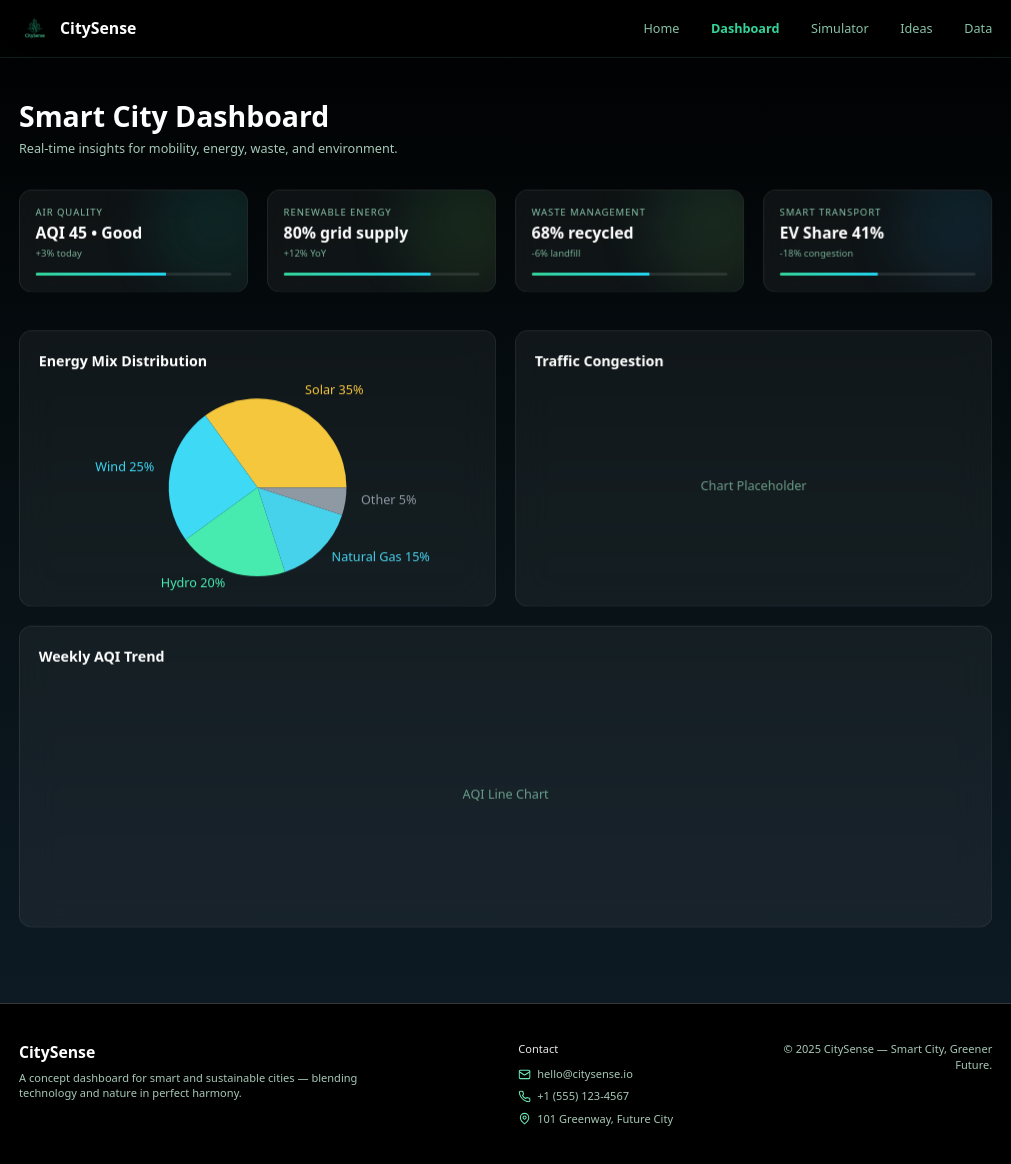
Repository: crashyet/CitySense
Page: /dashboard
The author's editor kept a copy of each file at every save. The page is drawn from the files as they stood at one save, then again after the next save.
The browser window is 1280 px wide. The pictures show the whole page, at 79% of full size.
The project was rebuilt for these pictures with package versions that can differ from the ones it lists, and the page was loaded fresh each time. Also part of the build but not shown: vite.config.js, src/pages/landing/Hero.jsx, src/pages/landing/DashboardPreview.jsx, src/pages/landing/Infographic.jsx, src/pages/landing/Community.jsx, src/pages/landing/index.jsx, src/pages/Simulator/index.jsx, src/pages/Ideas/index.jsx and 1 more.

Above is the page before, as saved 2025-11-16 23:19:35.

### src/App.jsx
import { Routes, Route } from "react-router-dom";

import Landing from "./pages/landing";
import Dashboard from "./pages/Dashboardpack";
import Simulator from "./pages/Simulator";
import Ideas from "./pages/Ideas";
import DataPage from "./pages/Data";

export default function App() {
  return (
    <Routes>
      <Route path="/" element={<Landing />} />
      <Route path="/dashboard" element={<Dashboard />} />
      <Route path="/simulator" element={<Simulator />} />
      <Route path="/ideas" element={<Ideas />} />
      <Route path="/data" element={<DataPage />} />
    </Routes>
  );
}

### src/pages/Dashboardpack/index.jsx
import Navbar from "../../components/Navbar";
import Footer from "../../components/Footer";
import EnergyPieChart from "../../components/EnergyPieChart";

export default function Dashboardpack() {
  return (
    <>
      <Navbar />

      <div className="relative w-full bg-gradient-to-b from-black via-[#071014] to-[#0d1a24] text-white pb-24 pt-32">
        <div className="mx-auto max-w-7xl px-6">

          {/* Header */}
          <div className="mb-10">
            <h1 className="text-3xl md:text-4xl font-semibold">Smart City Dashboard</h1>
            <p className="text-emerald-100/80 mt-2">
              Real-time insights for mobility, energy, waste, and environment.
            </p>
          </div>

          {/* Top Stats */}
          <div className="grid grid-cols-1 md:grid-cols-2 lg:grid-cols-4 gap-6 mb-12">

            {/* CARD 1 */}
            <div className="group relative overflow-hidden rounded-2xl border border-white/10 bg-white/5 p-5 backdrop-blur-xl transition hover:border-emerald-300/40">
              <div className="absolute -right-10 -top-10 h-40 w-40 rounded-full bg-gradient-to-br
              from-cyan-500/30 to-emerald-500/30 opacity-40 blur-2xl" />

              <div className="relative">
                <p className="text-xs uppercase tracking-widest text-emerald-200/80">Air Quality</p>
                <p className="mt-1 text-xl font-semibold">AQI 45 • Good</p>
                <p className="text-xs text-emerald-200/70 mt-1">+3% today</p>
                <div className="mt-4 h-1 w-full bg-white/10 rounded-full overflow-hidden">
                  <div className="h-full w-2/3 bg-gradient-to-r from-emerald-400 to-cyan-400"></div>
                </div>
              </div>
            </div>

            {/* CARD 2 */}
            <div className="group relative overflow-hidden rounded-2xl border border-white/10 bg-white/5 p-5 backdrop-blur-xl transition hover:border-emerald-300/40">
              <div className="absolute -right-10 -top-10 h-40 w-40 rounded-full bg-gradient-to-br
              from-emerald-500/30 to-lime-400/30 opacity-40 blur-2xl" />

              <div className="relative">
                <p className="text-xs uppercase tracking-widest text-emerald-200/80">Renewable Energy</p>
                <p className="mt-1 text-xl font-semibold">80% grid supply</p>
                <p className="text-xs text-emerald-200/70 mt-1">+12% YoY</p>
                <div className="mt-4 h-1 w-full bg-white/10 rounded-full overflow-hidden">
                  <div className="h-full w-3/4 bg-gradient-to-r from-emerald-400 to-cyan-400"></div>
                </div>
              </div>
            </div>

            {/* CARD 3 */}
            <div className="group relative overflow-hidden rounded-2xl border border-white/10 bg-white/5 p-5 backdrop-blur-xl transition hover:border-emerald-300/40">
              <div className="absolute -right-10 -top-10 h-40 w-40 rounded-full bg-gradient-to-br
              from-teal-400/30 to-lime-400/30 opacity-40 blur-2xl" />

              <div className="relative">
                <p className="text-xs uppercase tracking-widest text-emerald-200/80">Waste Management</p>
                <p className="mt-1 text-xl font-semibold">68% recycled</p>
                <p className="text-xs text-emerald-200/70 mt-1">-6% landfill</p>
                <div className="mt-4 h-1 w-full bg-white/10 rounded-full overflow-hidden">
                  <div className="h-full w-3/5 bg-gradient-to-r from-emerald-400 to-cyan-400"></div>
                </div>
              </div>
            </div>

            {/* CARD 4 */}
            <div className="group relative overflow-hidden rounded-2xl border border-white/10 bg-white/5 p-5 backdrop-blur-xl transition hover:border-emerald-300/40">
              <div className="absolute -right-10 -top-10 h-40 w-40 rounded-full bg-gradient-to-br
              from-cyan-500/30 to-blue-500/30 opacity-40 blur-2xl" />

              <div className="relative">
                <p className="text-xs uppercase tracking-widest text-emerald-200/80">Smart Transport</p>
                <p className="mt-1 text-xl font-semibold">EV Share 41%</p>
                <p className="text-xs text-emerald-200/70 mt-1">-18% congestion</p>
                <div className="mt-4 h-1 w-full bg-white/10 rounded-full overflow-hidden">
                  <div className="h-full w-1/2 bg-gradient-to-r from-emerald-400 to-cyan-400"></div>
                </div>
              </div>
            </div>
          </div>

          {/* 2 Column Charts */}
          <div className="grid grid-cols-1 md:grid-cols-2 gap-6">

            {/* ENERGY DISTRIBUTION */}
            <div className="rounded-2xl border border-white/10 bg-white/5 p-6 backdrop-blur-xl md:col-span-1">
              <h3 className="text-lg font-semibold mb-4">Energy Mix Distribution</h3>

              <div className="h-64">
                <EnergyPieChart />
              </div>
            </div>

            {/* TRAFFIC */}
            <div className="rounded-2xl border border-white/10 bg-white/5 p-6 backdrop-blur-xl">
              <h3 className="text-lg font-semibold mb-4">Traffic Congestion</h3>
              <div className="h-64 flex items-center justify-center text-emerald-200/60">
                Chart Placeholder
              </div>
            </div>

            {/* WEEKLY AQI */}
            <div className="rounded-2xl border border-white/10 bg-white/5 p-6 backdrop-blur-xl md:col-span-2">
              <h3 className="text-lg font-semibold mb-4">Weekly AQI Trend</h3>
              <div className="h-72 flex items-center justify-center text-emerald-200/60">
                AQI Line Chart
              </div>
            </div>

          </div>
        </div>
      </div>

      <Footer />
    </>
  );
}

### src/components/Navbar.jsx
import { NavLink } from "react-router-dom";
import { useState } from "react";
import Logo from "../assets/logo.png"; // sesuaikan path logo

export default function Navbar() {
  const [open, setOpen] = useState(false);

  const linkClass = ({ isActive }) =>
    isActive
      ? "text-emerald-400 font-semibold"
      : "text-emerald-200/80 hover:text-white";

  return (
    <header className="fixed w-full z-50 bg-black/40 backdrop-blur-xl border-b border-emerald-400/20 px-6 py-4">
      <div className="max-w-7xl mx-auto flex justify-between items-center">

        {/* LOGO */}
        <NavLink to="/" className="flex items-center gap-3">
          <img src={Logo} className="w-10 h-10" />
          <span className="text-xl text-white font-semibold">CitySense</span>
        </NavLink>

        {/* DESKTOP NAV */}
        <nav className="hidden md:flex gap-10">
          <NavLink to="/" className={linkClass}>Home</NavLink>
          <NavLink to="/dashboard" className={linkClass}>Dashboard</NavLink>
          <NavLink to="/simulator" className={linkClass}>Simulator</NavLink>
          <NavLink to="/ideas" className={linkClass}>Ideas</NavLink>
          <NavLink to="/data" className={linkClass}>Data</NavLink>
        </nav>

        {/* MOBILE BUTTON */}
        <button className="md:hidden text-white" onClick={() => setOpen(!open)}>
          {open ? "✖" : "☰"}
        </button>
      </div>

      {/* MOBILE NAV */}
      {open && (
        <div className="md:hidden bg-black/60 backdrop-blur-lg px-6 pb-4 flex flex-col gap-3">
          <NavLink onClick={() => setOpen(false)} to="/" className="text-white">Home</NavLink>
          <NavLink onClick={() => setOpen(false)} to="/dashboard" className="text-white">Dashboard</NavLink>
          <NavLink onClick={() => setOpen(false)} to="/simulator" className="text-white">Simulator</NavLink>
          <NavLink onClick={() => setOpen(false)} to="/ideas" className="text-white">Ideas</NavLink>
          <NavLink onClick={() => setOpen(false)} to="/data" className="text-white">Data</NavLink>
        </div>
      )}
    </header>
  );
}

### src/components/Footer.jsx
import React from "react";

const Footer = () => {
  return (
    <footer id="contact" className="relative w-full bg-black text-white">
      <div className="mx-auto max-w-7xl px-6 py-12">

        <div className="grid grid-cols-1 gap-8 md:grid-cols-4">

          {/* Brand */}
          <div className="col-span-2">
            <h4 className="text-xl font-semibold">CitySense</h4>
            <p className="mt-2 max-w-md text-sm text-emerald-100/80">
              A concept dashboard for smart and sustainable cities — blending
              technology and nature in perfect harmony.
            </p>
          </div>

          {/* Contact */}
          <div>
            <p className="text-sm font-medium text-white/90">Contact</p>
            <ul className="mt-3 space-y-2 text-sm text-emerald-100/80">

              <li className="flex items-center gap-2">
                <svg xmlns="http://www.w3.org/2000/svg" width="24" height="24"
                  viewBox="0 0 24 24" fill="none" stroke="currentColor"
                  strokeWidth="2" strokeLinecap="round" strokeLinejoin="round"
                  className="lucide lucide-mail h-4 w-4 text-emerald-300">
                  <rect width="20" height="16" x="2" y="4" rx="2"></rect>
                  <path d="m22 7-8.97 5.7a1.94 1.94 0 0 1-2.06
                    0L2 7"></path>
                </svg>
                hello@citysense.io
              </li>

              <li className="flex items-center gap-2">
                <svg xmlns="http://www.w3.org/2000/svg" width="24" height="24"
                  viewBox="0 0 24 24" fill="none" stroke="currentColor"
                  strokeWidth="2" strokeLinecap="round" strokeLinejoin="round"
                  className="lucide lucide-phone h-4 w-4 text-emerald-300">
                  <path d="M22 16.92v3a2 2 0 0 1-2.18
                    2 19.79 19.79 0 0 1-8.63-3.07 19.5
                    19.5 0 0 1-6-6 19.79 19.79 0 0
                    1-3.07-8.67A2 2 0 0 1 4.11 2h3a2
                    2 0 0 1 2 1.72 12.84 12.84 0 0
                    0 .7 2.81 2 2 0 0 1-.45
                    2.11L8.09 9.91a16 16 0 0 0 6
                    6l1.27-1.27a2 2 0 0 1 2.11-.45
                    12.84 12.84 0 0 0 2.81.7A2
                    2 0 0 1 22 16.92z"></path>
                </svg>
                +1 (555) 123-4567
              </li>

              <li className="flex items-center gap-2">
                <svg xmlns="http://www.w3.org/2000/svg" width="24" height="24"
                  viewBox="0 0 24 24" fill="none" stroke="currentColor"
                  strokeWidth="2" strokeLinecap="round" strokeLinejoin="round"
                  className="lucide lucide-map-pin h-4 w-4 text-emerald-300">
                  <path d="M20 10c0 6-8 12-8
                    12s-8-6-8-12a8 8 0 0 1
                    16 0Z"></path>
                  <circle cx="12" cy="10" r="3"></circle>
                </svg>
                101 Greenway, Future City
              </li>

            </ul>
          </div>

          {/* Copyright */}
          <div className="md:text-right">
            <p className="text-sm text-emerald-100/80">
              © 2025 CitySense — Smart City, Greener Future.
            </p>
          </div>

        </div>
      </div>
    </footer>
  );
};

export default Footer;

### src/components/EnergyPieChart.jsx
import { PieChart, Pie, Cell, Tooltip, ResponsiveContainer } from "recharts";

const data = [
  { name: "Solar", value: 35, color: "hsl(45 90% 60%)" },
  { name: "Wind", value: 25, color: "hsl(189 90% 60%)" },
  { name: "Hydro", value: 20, color: "hsl(158 80% 60%)" },
  { name: "Natural Gas", value: 15, color: "hsl(189 80% 60%)" },
  { name: "Other", value: 5, color: "hsl(210 10% 60%)" },
];

export default function EnergyPieChart() {
  return (
    <div className="w-full h-[260px] flex items-center justify-center">
      <ResponsiveContainer width="100%" height="100%">
        <PieChart>
          <Pie
            data={data}
            dataKey="value"
            nameKey="name"
            cx="50%"
            cy="50%"
            outerRadius="90%"
            stroke=""     // darker outline → modern look
            strokeWidth={3}
            paddingAngle={0}     // spacing antar sektor (lebih elegan)
            label={({ name, value }) => `${name} ${value}%`}
            labelLine={false}    // tanpa garis — lebih bersih
          >
            {data.map((entry, index) => (
              <Cell key={index} fill={entry.color} />
            ))}
          </Pie>

          {/* Tooltip modern dengan glassmorphism */}
          <Tooltip
            contentStyle={{
              background: "rgba(0,0,0,0.4)",
              border: "1px solid rgba(255,255,255,0.15)",
              backdropFilter: "blur(6px)",
              color: "#fff",
              borderRadius: "10px",
              padding: "8px 12px",
              fontSize: "14px",
            }}
            itemStyle={{ color: "#fff" }}
          />
        </PieChart>
      </ResponsiveContainer>
    </div>
  );
}

Loaded but not shown: index.html (common file); src/main.jsx (common file); src/index.css (common file); tailwind.config.js (common file)

After the next save:
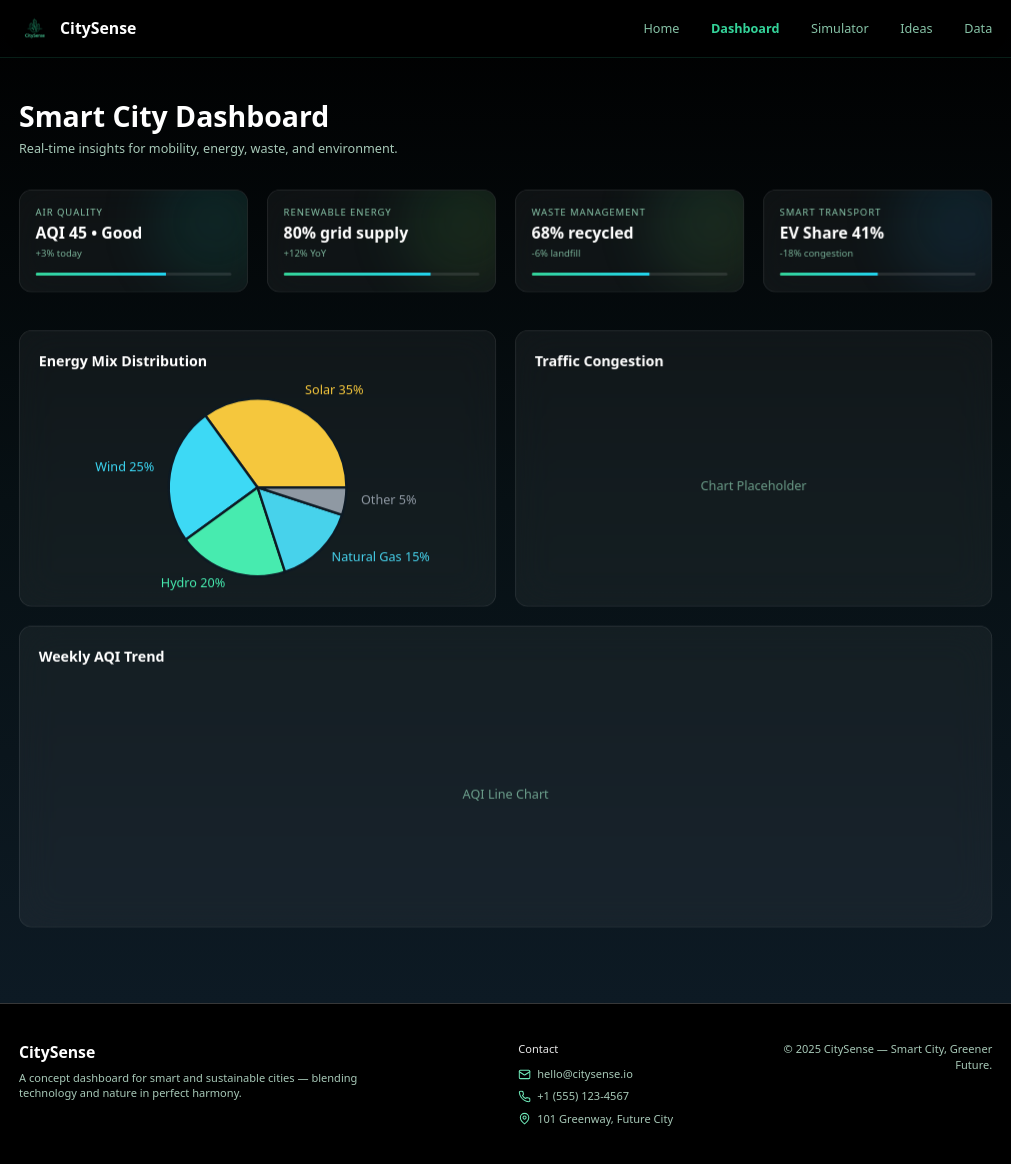
Saved 8 s later.
--- a/src/components/EnergyPieChart.jsx
+++ b/src/components/EnergyPieChart.jsx
@@ -20,7 +20,7 @@ export default function EnergyPieChart() {
             cx="50%"
             cy="50%"
             outerRadius="90%"
-            stroke=""     // darker outline → modern look
+            stroke="#0d1a24"     // darker outline → modern look
             strokeWidth={3}
             paddingAngle={0}     // spacing antar sektor (lebih elegan)
             label={({ name, value }) => `${name} ${value}%`}
